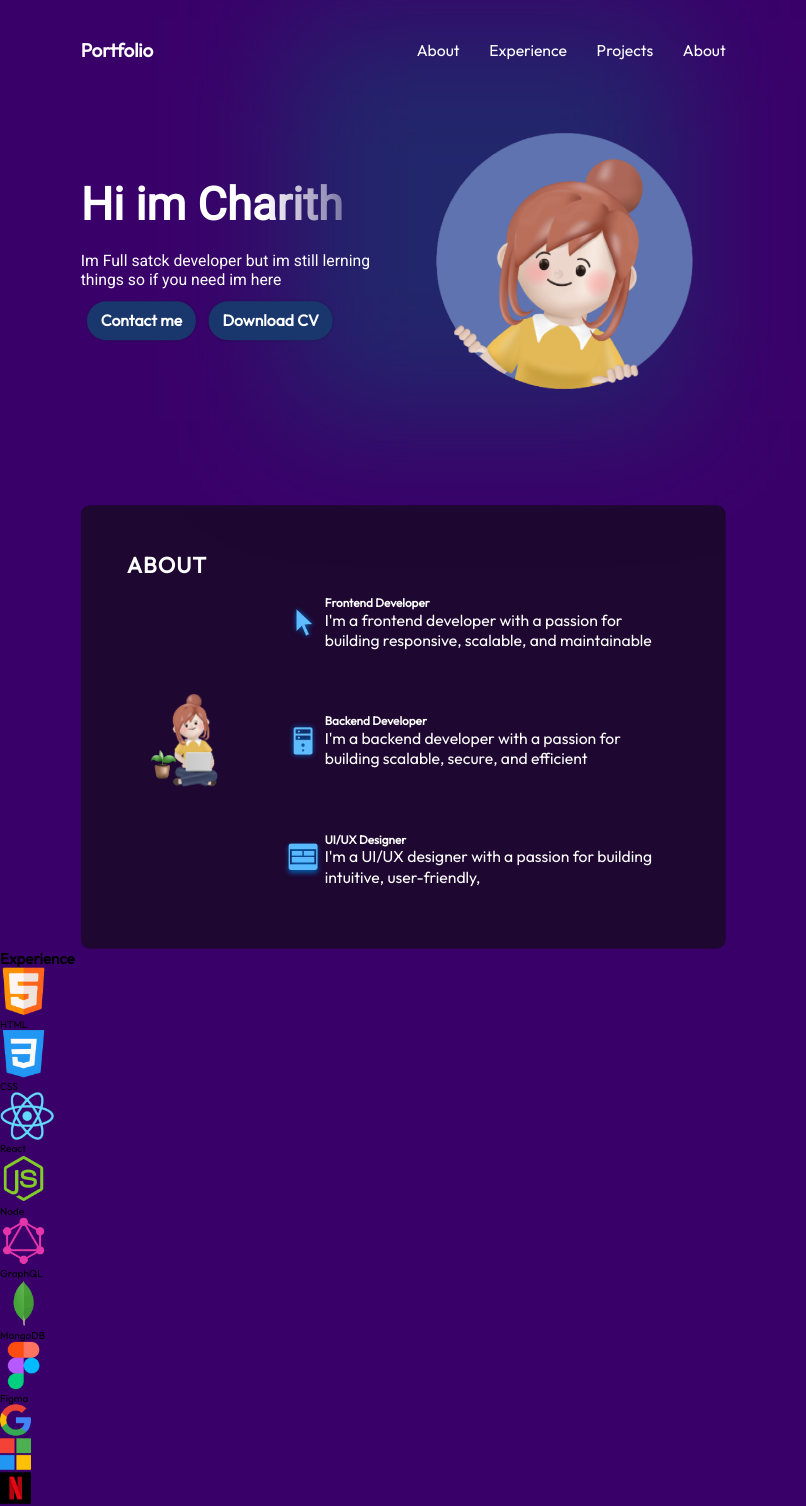
Repository: Charith117/react_portfolio
Page: / (app in react-portfolio/)
The author's editor kept a copy of each file at every save. The page is drawn from the files as they stood at one save, then again after a run of saves.
The browser window is 1280 px wide. The pictures show the whole page, at 63% of full size.
The project was rebuilt for these pictures with package versions that can differ from the ones it lists, and the page was loaded fresh each time. Also part of the build but not shown: react-portfolio/vite.config.js.

Above is the page before, as saved 2024-06-17 15:55:34.

After the next 8 saves:
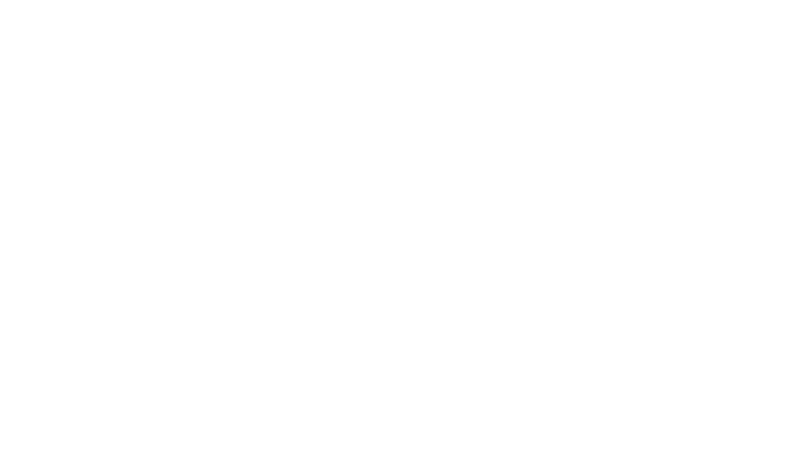
Console error: ReferenceError: $ is not defined
The 8 saves are shown as one change because 2 did not build or start and some came seconds apart.
The last was saved 2 min 52 s later.
--- a/react-portfolio/src/components/Experience/Experience.jsx
+++ b/react-portfolio/src/components/Experience/Experience.jsx
@@ -13,7 +13,7 @@
               { skills.map((skill, id)=>{
                     return (
                     <div key={id}>
-                                <div><img src={getImageUrl(skill.imageSrc)} alt="{skill.title}" />
+                                <div><img src={getImageUrl(skill.imageSrc)} alt={skill.title} />
 
                                 </div>
                                 <p>{skill.title}</p>
@@ -26,7 +26,8 @@
                 {
                     history.map((historyItem,id)=>{
                         return <li key={id}>
-                                <img src={getImageUrl(historyItem.imageSrc)} alt="{" />
+                                <img src={getImageUrl(historyItem.imageSrc)}
+                                alt={$} />
                         </li>
                     })
                 }

After the save that followed:
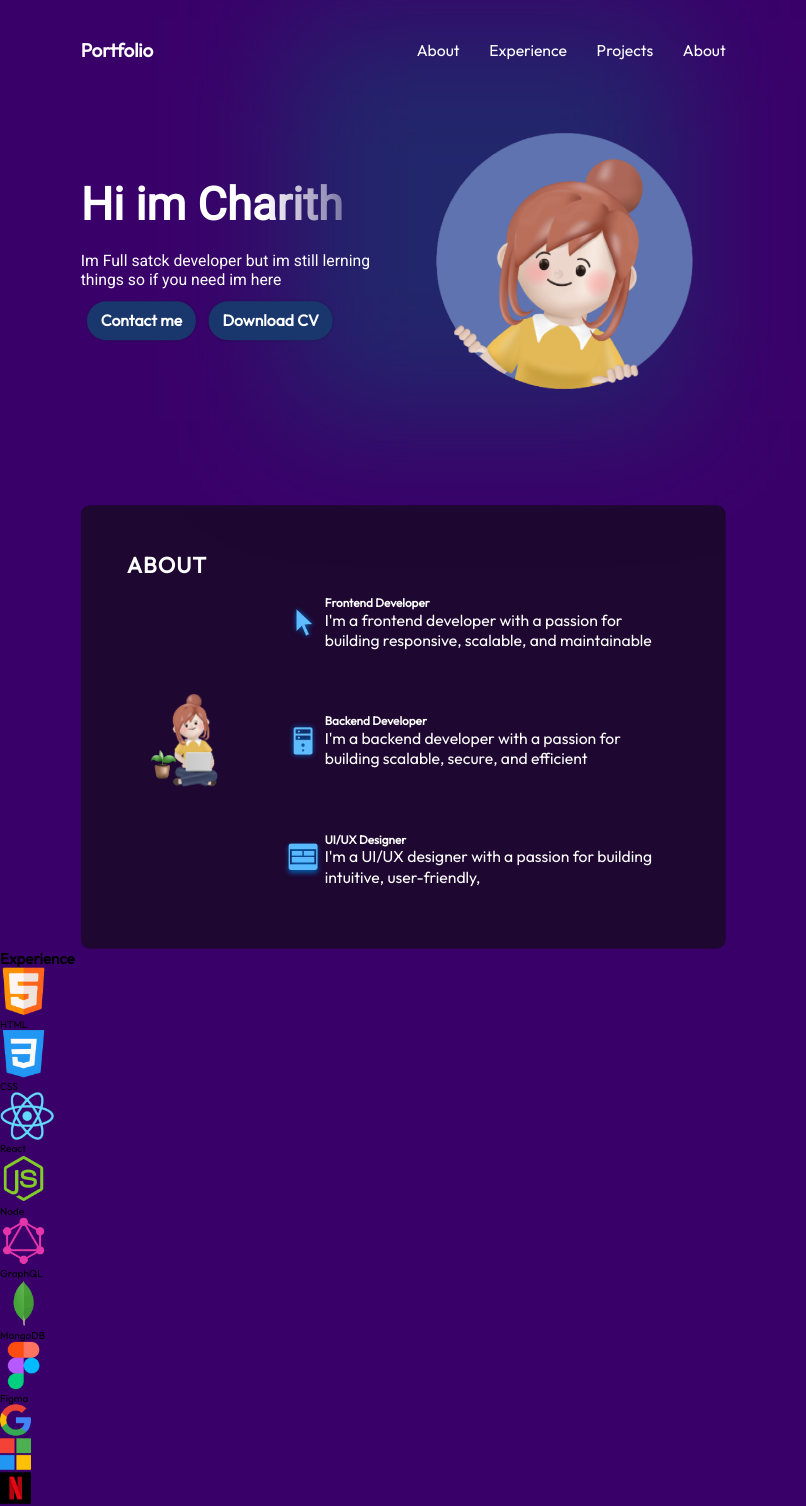
The error is gone.
Saved 8 s later.
--- a/react-portfolio/src/components/Experience/Experience.jsx
+++ b/react-portfolio/src/components/Experience/Experience.jsx
@@ -27,7 +27,7 @@
                     history.map((historyItem,id)=>{
                         return <li key={id}>
                                 <img src={getImageUrl(historyItem.imageSrc)}
-                                alt={$} />
+                                alt={``} />
                         </li>
                     })
                 }
